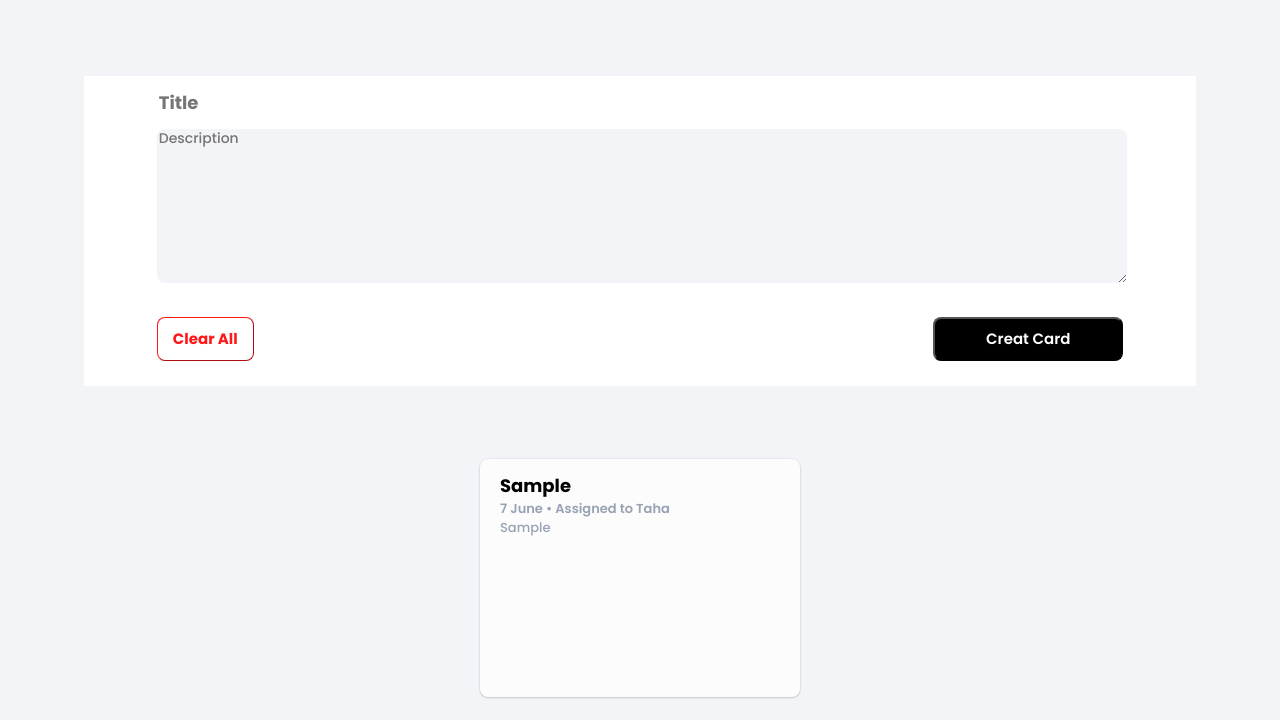
Repository: ReyhanehRahmani/TO-DO
Page: index.html
The author's editor kept a copy of each file at every save. The page is drawn from the files as they stood at one save, then again after the next save.
The browser window is 1280 px wide. The pictures show the whole page.
Empty fields were first filled with sample values (such as "Sample", 5 or name@example.com).
After loading, the first visible `#creatbut` was clicked once.
Some web fonts or font styles are not loaded; a fallback is used.

Above is the page before, as saved 2025-06-08 10:57:59.

After the next save:
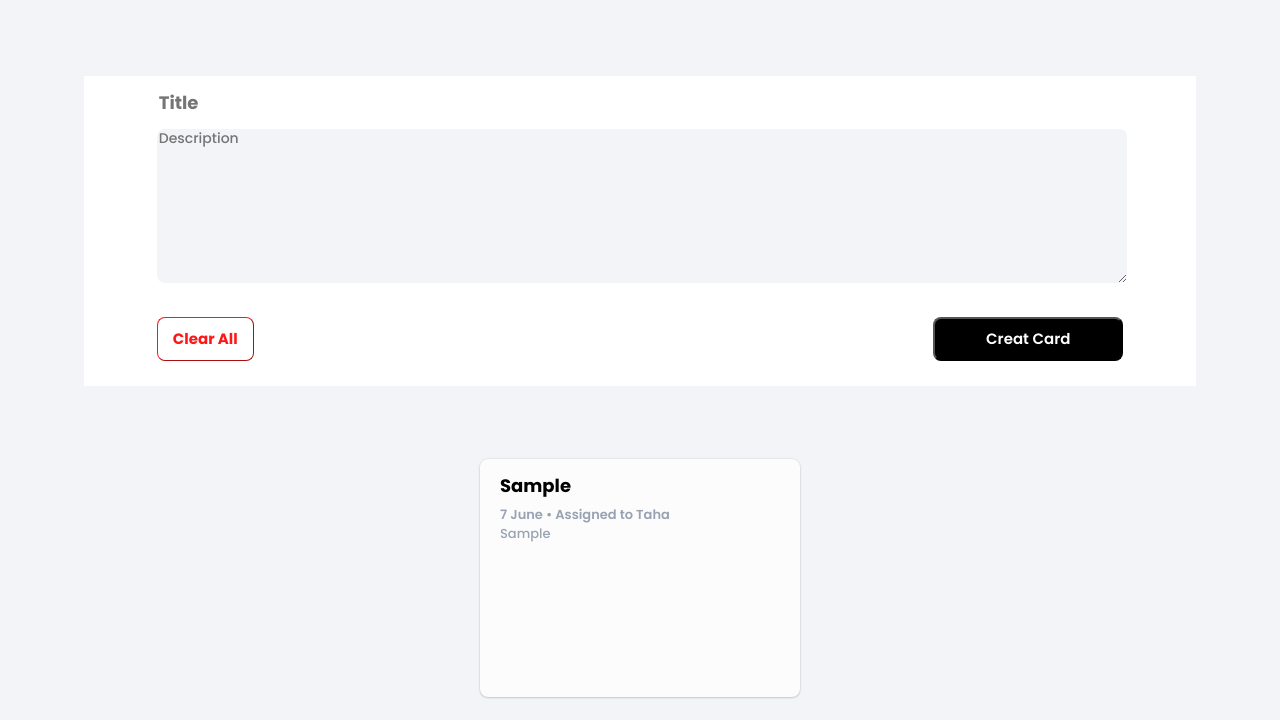
Saved 40 s later.
--- a/style.css
+++ b/style.css
@@ -134,6 +134,7 @@ body{
     letter-spacing: -2%;
     margin-left: 6.25%;
     color: #98A2B3;
+    margin-top: 6px;
 
 }
 
